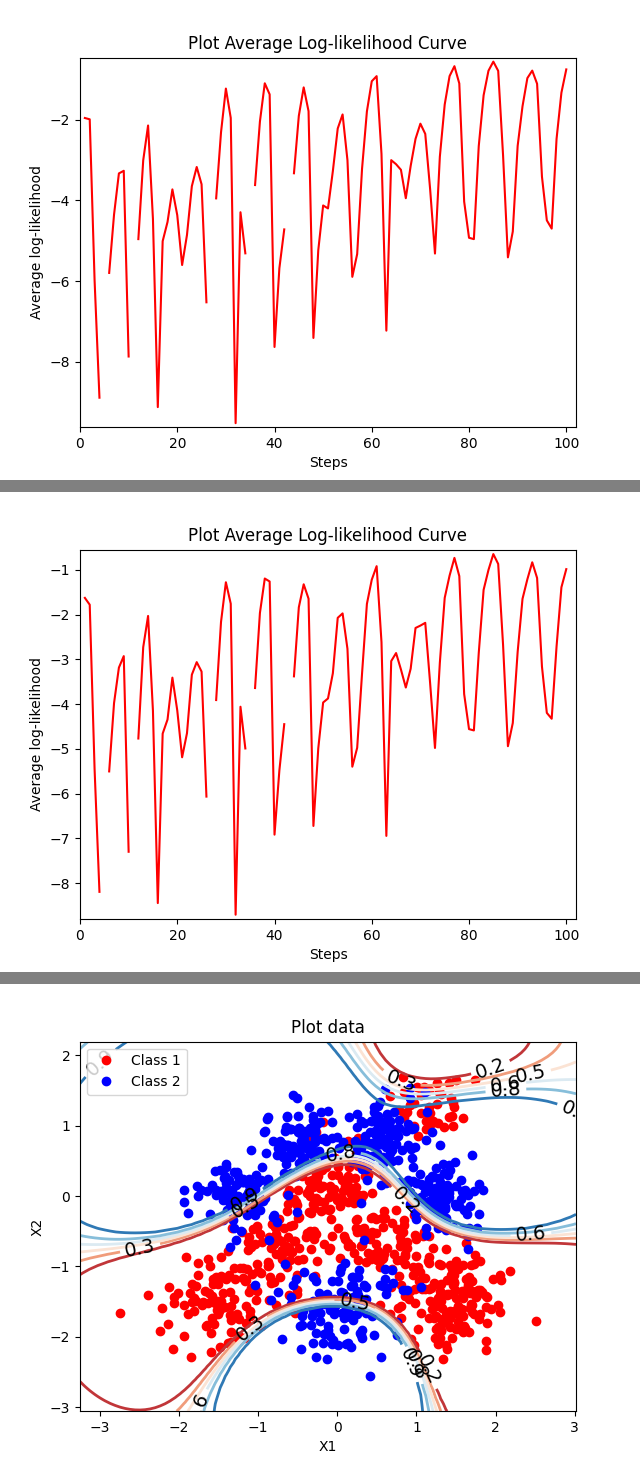
Repository: DhruvTrehan03/3F8
Script's output: python Lab.py
The author's editor kept a copy of each file at every save. The script's output is drawn from the files as they stood at one save, then again after the next save.
Each picture stacks the figures in order, with grey between them; figures that are only written to a file come last. Random numbers start from a fixed seed.

Above is the script's output before, as saved 2024-02-16 12:41:58.

### Lab.py
import numpy as np
import matplotlib.pyplot as plt

def logistic(x):
    return 1.0 / (1.0 + np.exp(-x))

def plot_data_internal(X, y):
    x_min, x_max = X[ :, 0 ].min() - .5, X[ :, 0 ].max() + .5
    y_min, y_max = X[ :, 1 ].min() - .5, X[ :, 1 ].max() + .5
    xx, yy = np.meshgrid(np.linspace(x_min, x_max, 100), np.linspace(y_min, y_max, 100))
    plt.figure()
    plt.xlim(xx.min(None), xx.max(None))
    plt.ylim(yy.min(None), yy.max(None))
    ax = plt.gca()
    ax.plot(X[y == 0, 0], X[y == 0, 1], 'ro', label = 'Class 1')
    ax.plot(X[y == 1, 0], X[y == 1, 1], 'bo', label = 'Class 2')
    plt.xlabel('X1')
    plt.ylabel('X2')
    plt.title('Plot data')
    plt.legend(loc = 'upper left', scatterpoints = 1, numpoints = 1)
    return xx, yy

def plot_data(X, y):
    xx, yy = plot_data_internal(X, y)
    plt.show()

def log_likelihood (y, X, B):
    L= np.prod(np.power(sigmoid(X@B),(y)) * np.power(sigmoid(X@B),(1-y)))
    # for i in range(len(X[:,0])):
    #     L *= (sigmoid(B.T@X[i,:].T)**y[i])*(sigmoid(-B.T@X[i,:].T)**(1-y[i]))
    LL = np.log(L)
    return LL

def predict(X_tilde, w):
    return logistic(np.dot(X_tilde, w))

def get_x_tilde(X):
    return np.concatenate((np.ones((X.shape[ 0 ], 1 )), X), 1)

def plot_ll(ll):
    plt.figure()
    ax = plt.gca()
    plt.xlim(0, len(ll) + 2)
    plt.ylim(min(ll) - 0.1, max(ll) + 0.1)
    ax.plot(np.arange(1, len(ll) + 1), ll, 'r-')
    plt.xlabel('Steps')
    plt.ylabel('Average log-likelihood')
    plt.title('Plot Average Log-likelihood Curve')
    plt.show()

def plot_predictive_distribution(X, y, w, map_inputs = lambda x : x):
    xx, yy = plot_data_internal(X, y)
    ax = plt.gca()
    X_tilde = get_x_tilde(map_inputs(np.concatenate((xx.ravel().reshape((-1, 1)), yy.ravel().reshape((-1, 1))), 1)))
    Z = predict(X_tilde, w)
    Z = Z.reshape(xx.shape)
    cs2 = ax.contour(xx, yy, Z, cmap = 'RdBu', linewidths = 2)
    plt.clabel(cs2, fmt = '%2.1f', colors = 'k', fontsize = 14)
    plt.show()

def compute_average_ll(X_tilde, y, w):
    output_prob = predict(X_tilde, w)
    return np.mean(y * np.log(output_prob) + (1 - y) * np.log(1.0 - output_prob))

def fit_w(X_tilde_train, y_train, X_tilde_test, y_test, n_steps, alpha):
    w = np.random.randn(X_tilde_train.shape[ 1 ])
    ll_train = np.zeros(n_steps)
    ll_test = np.zeros(n_steps)
    for i in range(n_steps):
        sigmoid_value = predict(X_tilde_train, w)
        w += alpha * X_tilde_train.T@(y_train-sigmoid_value)     # Gradient-based update rule for w. To be completed by the student
        ll_train[ i ] = compute_average_ll(X_tilde_train, y_train, w)
        ll_test[ i ] = compute_average_ll(X_tilde_test, y_test, w)
        print(ll_train[ i ], ll_test[ i ])

    return w, ll_train, ll_test

def evaluate_basis_functions(l, X, Z):
    X2 = np.sum(X**2, 1)
    Z2 = np.sum(Z**2, 1)
    ones_Z = np.ones(Z.shape[ 0 ])
    ones_X = np.ones(X.shape[ 0 ])
    r2 = np.outer(X2, ones_Z) - 2 * np.dot(X, Z.T) + np.outer(ones_X, Z2)
    return np.exp(-0.5 / l**2 * r2)

def conf_mat(y_test, X_tilde_test, w):
    z = (predict(X_tilde_test, w)>0.5)
    P_0_0 = 0
    P_1_0 = 0
    P_0_1 = 0
    P_1_1 = 0
    for i in range(len(y_test)):
        if y_test[i] == 0:
            if z[i] == 0:
                P_0_0 += 1
            elif z[i] == 1:
                P_1_0 += 1
        if y_test[i] == 1:
            if z[i] == 0:
                P_0_1 += 1
            elif z[i] == 1:
                P_1_1 += 1
    print(np.array([[P_0_0/200, P_1_0/200],[P_0_1/200, P_1_1/200]]))

X = np.loadtxt('X.txt')
y = np.loadtxt('y.txt')
permutation = np.random.permutation(X.shape[ 0 ])
X = X[ permutation, : ]
y = y[ permutation ]

n_train = 800
X_train = X[ 0 : n_train, : ]
X_test = X[ n_train :, : ]
y_train = y[ 0 : n_train ]
y_test = y[ n_train : ]

# Eta = 0.001
# Max_it = 100

# X_tilde_train = get_x_tilde(X_train)
# X_tilde_test = get_x_tilde(X_test)
# w, ll_train, ll_test = fit_w(X_tilde_train, y_train, X_tilde_test, y_test, Max_it, Eta)
# plot_ll(ll_train)
# plot_ll(ll_test)
# plot_predictive_distribution(X, y, w)

l = 1 # Width of the Gaussian basis funcction. To be completed by the student

X_tilde_train = get_x_tilde(evaluate_basis_functions(l, X_train, X_train))
X_tilde_test = get_x_tilde(evaluate_basis_functions(l, X_test, X_train))

# We train the new classifier on the feature expanded inputs

alpha = 0.001 # Learning rate for gradient-based optimisation with basis functions. To be completed by the student
n_steps = 100 # Number of steps of gradient-based optimisation with basis functions. To be completed by the student

w, ll_train, ll_test = fit_w(X_tilde_train, y_train, X_tilde_test, y_test, n_steps, alpha)

# We plot the training and test log likelihoods

plot_ll(ll_train)
plot_ll(ll_test)

# We plot the predictive distribution

plot_predictive_distribution(X, y, w, lambda x : evaluate_basis_functions(l, x, X_train))

### y.txt
0
0
1
1
1
0
1
0
0
1
0
0
1
0
0
1
1
1
0
0
0
0
1
1
1
0
1
1
1
1
0
1
0
1
0
0
0
1
1
0
0
1
1
1
1
1
1
0
0
1
0
0
1
1
1
1
1
1
1
1
1
1
0
1
0
1
0
1
1
1
0
1
0
1
1
1
0
1
0
0
1
1
1
1
0
1
0
0
0
1
0
1
1
1
1
1
1
0
0
1
1
0
0
1
1
1
1
0
0
1
0
0
0
0
1
1
0
1
1
0
0
1
1
1
0
0
1
0
0
1
0
1
0
1
0
0
1
0
0
1
0
1
1
0
1
0
1
1
0
1
1
1
0
0
1
1
1
0
0
0
0
0
1
1
0
0
0
1
1
1
1
1
1
1
1
1
1
0
0
0
1
0
0
1
1
1
1
1
0
0
1
1
0
0
0
0
0
0
1
1
1
0
1
0
1
1
0
0
1
1
0
1
1
1
0
0
0
0
0
1
0
1
1
0
1
0
1
0
0
0
1
0
1
0
1
1
1
0
1
1
1
1
1
1
0
0
0
0
0
0
1
1
1
0
0
0
0
1
0
0
1
1
1
1
1
0
1
1
1
0
0
0
1
1
0
1
0
1
0
0
1
0
1
0
0
0
1
1
1
0
1
1
1
0
0
1
1
0
1
1
0
1
1
0
0
0
0
0
1
1
0
0
1
0
1
1
0
0
1
1
0
0
0
0
0
0
1
0
0
1
0
1
0
0
1
0
0
0
0
0
0
0
1
1
0
0
0
1
0
0
0
1
0
0
0
1
0
1
0
1
0
1
0
0
1
0
0
1
0
0
1
0
1
0
1
1
1
1
1
1
0
0
0
0
0
0
0
1
1
0
0
1
1
0
0
0
0
0
1
0
0
1
0
1
1
1
1
1
0
0
0
1
1
1
1
1
1
1
1
1
1
1
0
0
1
0
0
1
1
0
1
0
0
1
0
1
0
1
0
1
1
1
0
0
0
1
1
1
0
1
1
1
0
1
1
1
1
1
1
1
0
0
0
0
1
0
0
1
1
1
1
1
1
1
1
1
0
0
0
1
1
0
0
1
0
0
0
0
0
0
0
0
1
0
0
0
0
1
0
1
0
0
0
0
0
1
1
1
0
1
0
0
1
0
0
0
1
0
1
0
1
1
0
0
1
1
1
0
0
1
1
1
1
0
1
1
1
1
1
0
1
1
0
0
0
1
0
0
0
0
0
0
0
0
1
0
0
1
1
1
1
0
0
0
1
1
1
1
0
0
1
0
0
0
1
0
1
1
0
1
0
0
1
0
0
1
0
0
0
1
0
0
1
0
0
1
0
0
0
1
0
1
0
0
0
1
0
1
0
1
1
1
0
1
1
0
0
1
1
0
0
1
0
1
0
1
1
1
1
1
0
1
0
0
1
0
1
0
1
1
1
0
0
1
0
1
0
0
1
1
0
0
0
1
0
0
1
1
1
1
0
1
0
0
0
0
1
1
0
0
0
0
1
1
1
1
0
1
0
0
1
0
1
0
0
1
0
1
1
1
1
1
0
0
0
1
0
1
0
0
0
1
0
0
0
1
0
0
1
0
0
0
1
0
1
1
1
1
1
0
1
0
1
1
0
0
0
0
0
0
1
1
0
0
0
1
0
0
0
0
1
1
0
0
0
0
1
0
0
0
0
1
1
0
0
0
1
0
1
0
1
1
1
0
0
1
0
1
1
0
0
1
1
0
0
1
0
1
0
1
0
1
1
0
1
0
0
1
1
0
1
1
1
0
1
0
0
0
1
1
0
1
0
0
0
1
0
0
0
1
0
1
0
1
0
1
1
1
0
1
1
1
0
0
1
0
0
1
0
0
0
1
0
1
1
0
0
1
0
1
0
0
1
0
1
1
1
0
0
0
1
1
0
0
1
1
1
0
1
1
1
1
1
0
0
0
1
0
1
1
0
1
0
1
0
1
1
1
0
1
0
1
0
0
0
1
1
1
1
0
0
0
0
1
1
0
1
0
1
0
0
1
1
1
0
1
1
1
0
0
1
0
1
0
1
0
0
0
1
0
0
0
0
0
0
1
0
0
0
0
0
0
0
1
0
1
1
0
1
0
1
1
1
0
0
1
0
1
0
0
1
1
1
0
1
1
1
1
1
1
1
1
1
1
1
0
0
0
1
1
1
1
1
1
1
0
0
1
0
0
1
0
0
0
0
0
1
0
1
1
0
1
0
0
1
0
0
0
0
1

Loaded but not shown: X.txt (1000 lines, source omitted)

After the next save:
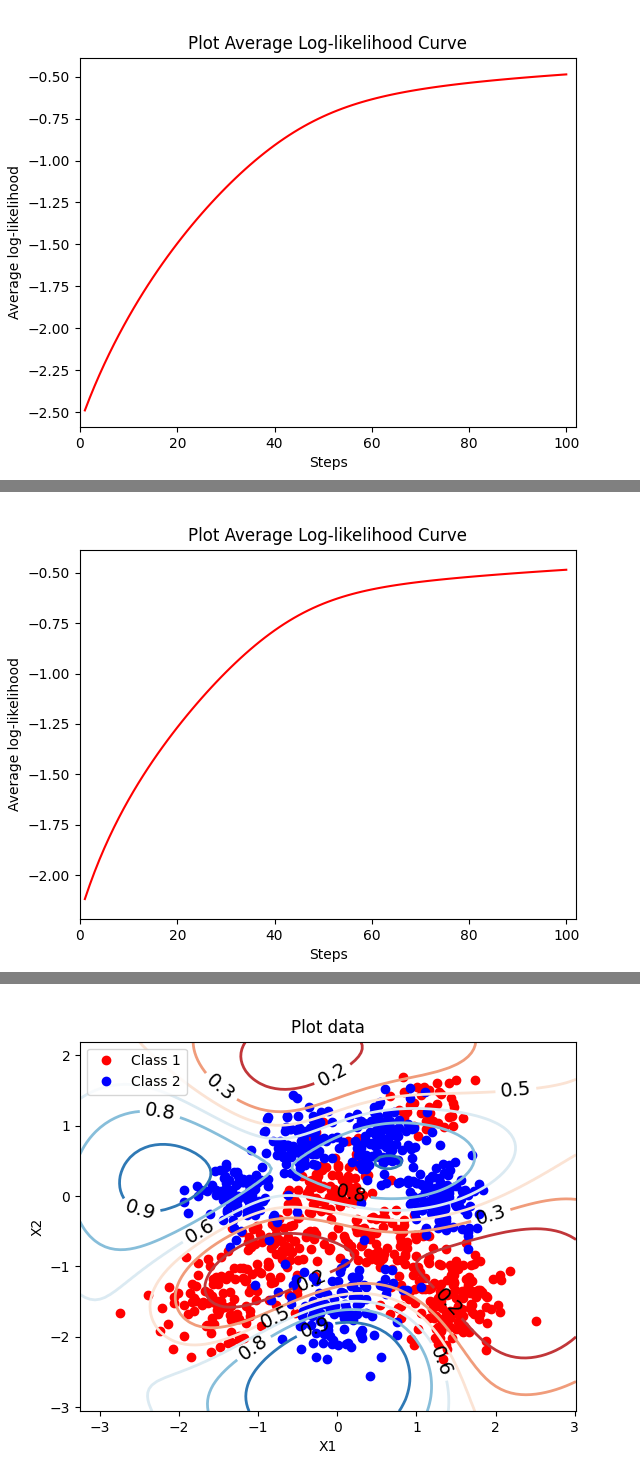
Saved 10 s later.
--- a/Lab.py
+++ b/Lab.py
@@ -131,7 +131,7 @@ X_tilde_test = get_x_tilde(evaluate_basis_functions(l, X_test, X_train))
 
 # We train the new classifier on the feature expanded inputs
 
-alpha = 0.001 # Learning rate for gradient-based optimisation with basis functions. To be completed by the student
+alpha = 0.0001 # Learning rate for gradient-based optimisation with basis functions. To be completed by the student
 n_steps = 100 # Number of steps of gradient-based optimisation with basis functions. To be completed by the student
 
 w, ll_train, ll_test = fit_w(X_tilde_train, y_train, X_tilde_test, y_test, n_steps, alpha)
